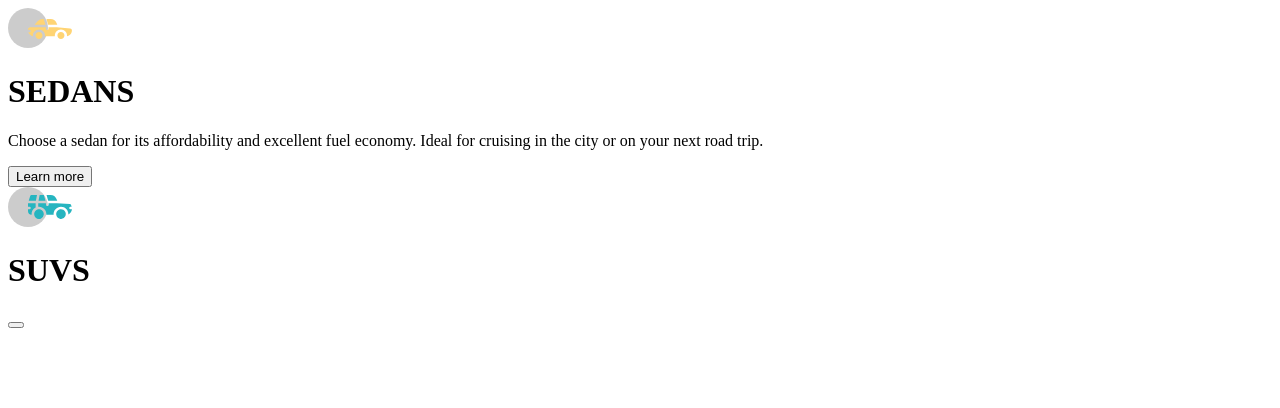
Repository: Pawan-pediredla/frontend-mentors
Page: 3-column-preview-card-component/3-column-preview-card-component-main/markup/index.html
An editor plug-in stored every save of this project. The page is shown before and after a run of saves, followed by the edit.
The browser window is 1280 px wide. The pictures show the whole page.

Above is the page before, as saved 2024-06-22 12:46:58.

After the next 3 saves:
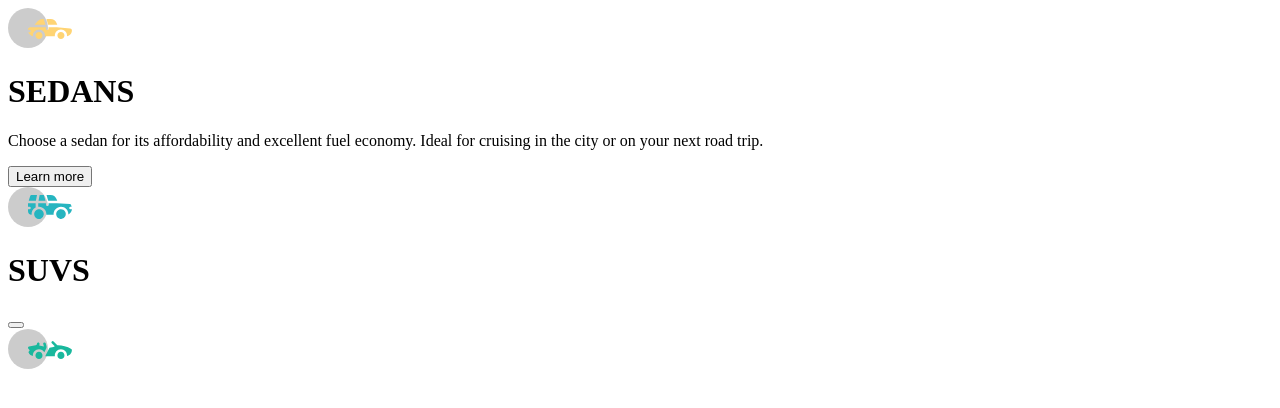
The 3 saves are shown as one change because they came seconds apart.
The last was saved 8 s later.
--- a/3-column-preview-card-component/3-column-preview-card-component-main/markup/index.html
+++ b/3-column-preview-card-component/3-column-preview-card-component-main/markup/index.html
@@ -34,7 +34,7 @@
       </button>
     </div>
     <div class="box" id="luxury">
-      <img/
+      <img src="../images/icon-luxury.svg" alt=""/>
     </div>
   </main>
 </body>
